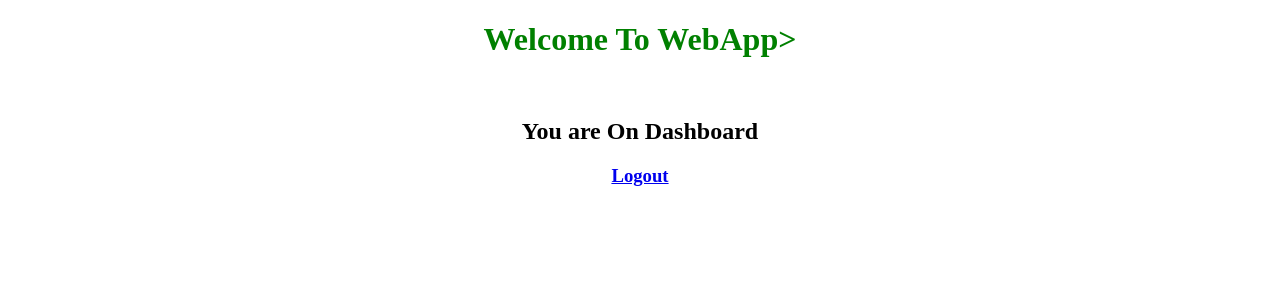
Repository: balinenibhanuprakash444/projects-All-Phases
Page: ValidationOfUSer/src/main/webapp/Link.html
The author's editor kept a copy of each file at every save. The page is drawn from the files as they stood at one save, then again after the next save.
The browser window is 1280 px wide. The pictures show the whole page.

Above is the page before, as saved 2022-03-22 09:05:17.

### ValidationOfUSer/src/main/webapp/Link.html
<!DOCTYPE html>
<html>
<head>
<meta charset="ISO-8859-1">
<title>Insert title here</title>
</head>
<body>

<h1 style="color:green" align="center" >Welcome To WebApp></h1>
<br/>
<h2 align="center">You are On Dashboard</h2>
<h3 align="center"><a href="Logout">  Logout  </a></h3>

</body>
</html>

After the next save:
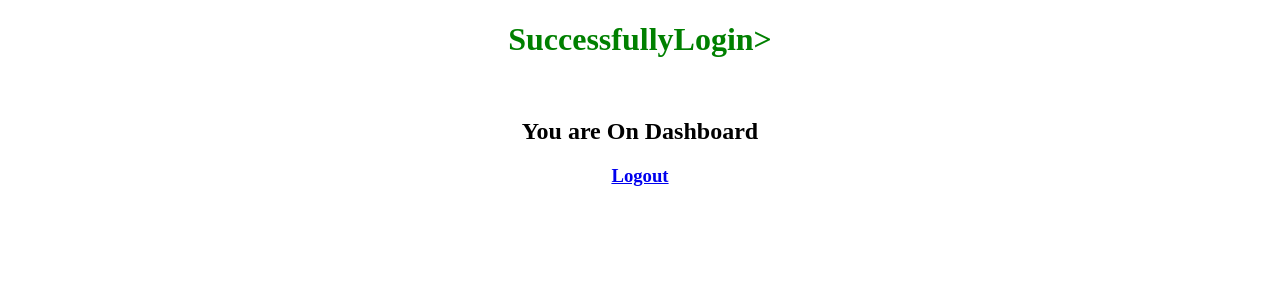
Saved 25 min 44 s later.
--- a/ValidationOfUSer/src/main/webapp/Link.html
+++ b/ValidationOfUSer/src/main/webapp/Link.html
@@ -6,7 +6,7 @@
 </head>
 <body>
 
-<h1 style="color:green" align="center" >Welcome To WebApp></h1>
+<h1 style="color:green" align="center" >SuccessfullyLogin></h1>
 <br/>
 <h2 align="center">You are On Dashboard</h2>
 <h3 align="center"><a href="Logout">  Logout  </a></h3>
